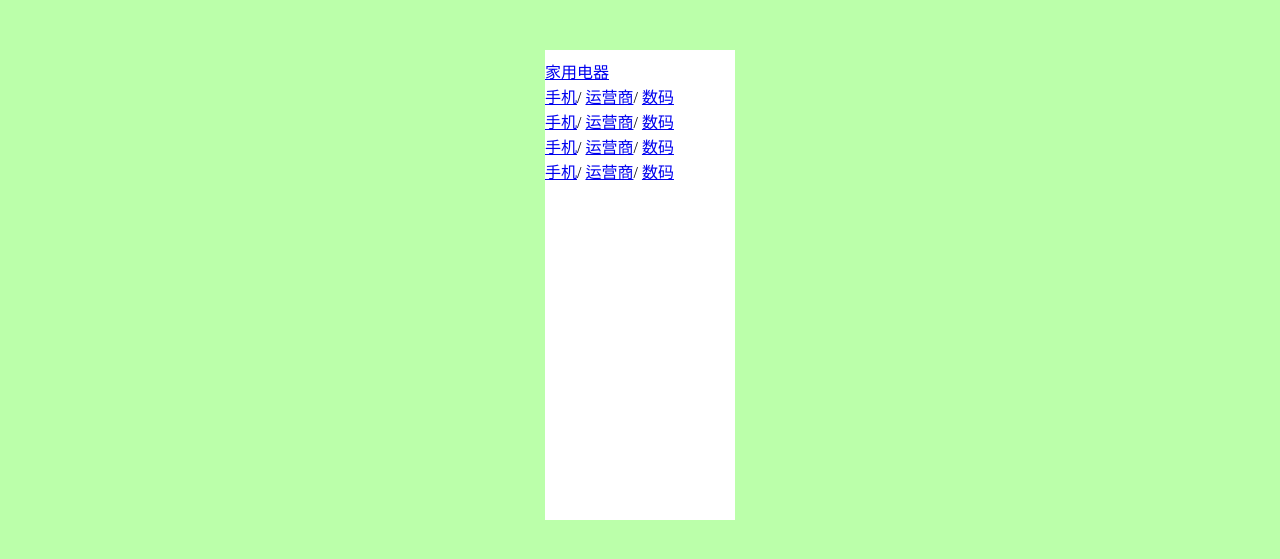
Repository: Romic77/css-test
Page: exercise/02_京东左侧导航条.html
The author's editor kept a copy of each file at every save. The page is drawn from the files as they stood at one save, then again after the next save.
The browser window is 1280 px wide. The pictures show the whole page.

Above is the page before, as saved 2022-09-03 13:56:38.

### exercise/02_京东左侧导航条.html
<!DOCTYPE html>
<html lang="en">

<head>
    <meta charset="UTF-8">
    <meta http-equiv="X-UA-Compatible" content="IE=edge">
    <meta name="viewport" content="width=device-width, initial-scale=1.0">
    <title>Document</title>
    <link rel="stylesheet" href="./css/reset.css">
    <style>
        body {
            background-color: #bfa;
        }

        .left-nav {
            width: 190px;
            height: 450px;
            padding: 10px 0;
            background-color: #fff;
            margin: 50px auto;
        }

        .left-nav .item {
            height: 25px;
            /* 垂直居中 */
            line-height: 25px;
        }

        .left-nav .item:hover {
            background-color: #d9d9d9;
        }
    </style>
</head>

<body>
    <!-- nav(div) /div(div)  / ul(li)-->
    <nav class="left-nav">
        <div class="item">
            <a href="#">家用电器</a>
        </div>

        <div class="item">
            <a href="#">手机</a>/
            <a href="#">运营商</a>/
            <a href="#">数码</a>
        </div>

        <div class="item">
            <a href="#">手机</a>/
            <a href="#">运营商</a>/
            <a href="#">数码</a>
        </div>

        <div class="item">
            <a href="#">手机</a>/
            <a href="#">运营商</a>/
            <a href="#">数码</a>
        </div>

        <div class="item">
            <a href="#">手机</a>/
            <a href="#">运营商</a>/
            <a href="#">数码</a>
        </div>
    </nav>
</body>

</html>

Loaded but not shown: exercise/css/reset.css (common file)

After the next save:
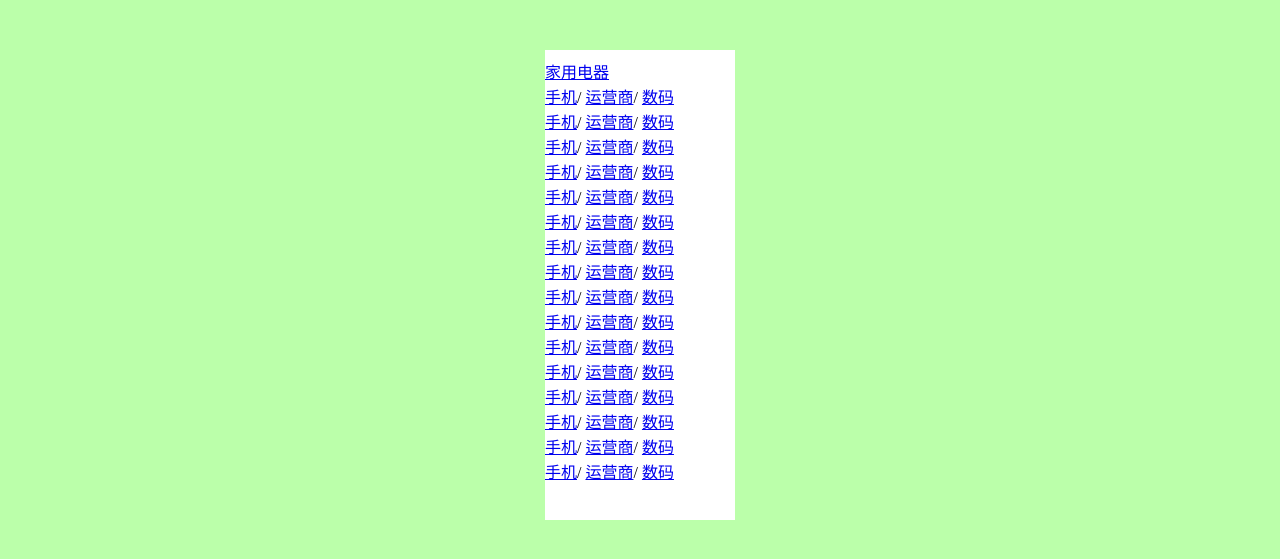
Saved 7 s later.
--- a/exercise/02_京东左侧导航条.html
+++ b/exercise/02_京东左侧导航条.html
@@ -62,6 +62,78 @@
             <a href="#">运营商</a>/
             <a href="#">数码</a>
         </div>
+
+        <div class="item">
+            <a href="#">手机</a>/
+            <a href="#">运营商</a>/
+            <a href="#">数码</a>
+        </div>
+
+        <div class="item">
+            <a href="#">手机</a>/
+            <a href="#">运营商</a>/
+            <a href="#">数码</a>
+        </div>
+
+        <div class="item">
+            <a href="#">手机</a>/
+            <a href="#">运营商</a>/
+            <a href="#">数码</a>
+        </div>
+
+        <div class="item">
+            <a href="#">手机</a>/
+            <a href="#">运营商</a>/
+            <a href="#">数码</a>
+        </div>
+
+        <div class="item">
+            <a href="#">手机</a>/
+            <a href="#">运营商</a>/
+            <a href="#">数码</a>
+        </div>
+
+        <div class="item">
+            <a href="#">手机</a>/
+            <a href="#">运营商</a>/
+            <a href="#">数码</a>
+        </div>
+
+        <div class="item">
+            <a href="#">手机</a>/
+            <a href="#">运营商</a>/
+            <a href="#">数码</a>
+        </div>
+
+        <div class="item">
+            <a href="#">手机</a>/
+            <a href="#">运营商</a>/
+            <a href="#">数码</a>
+        </div>
+
+        <div class="item">
+            <a href="#">手机</a>/
+            <a href="#">运营商</a>/
+            <a href="#">数码</a>
+        </div>
+
+        <div class="item">
+            <a href="#">手机</a>/
+            <a href="#">运营商</a>/
+            <a href="#">数码</a>
+        </div>
+
+        <div class="item">
+            <a href="#">手机</a>/
+            <a href="#">运营商</a>/
+            <a href="#">数码</a>
+        </div>
+
+        <div class="item">
+            <a href="#">手机</a>/
+            <a href="#">运营商</a>/
+            <a href="#">数码</a>
+        </div>
     </nav>
 </body>
 
